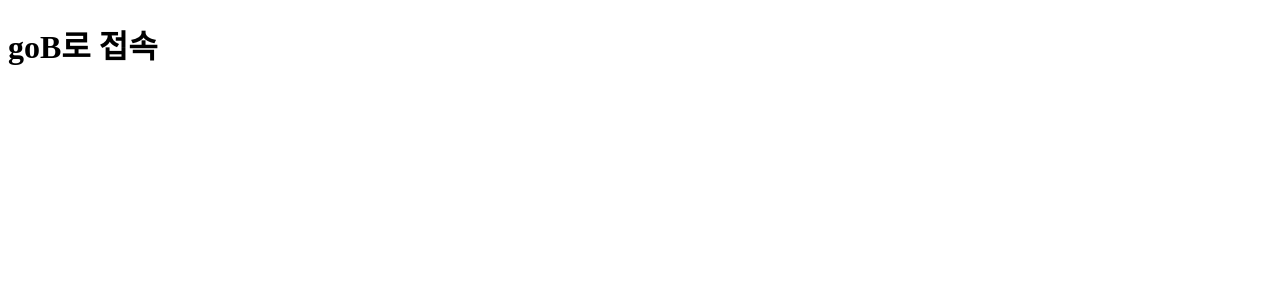
Repository: jjjjjjji-hun/springbasic
Page: http://localhost/SpringBasic/goB
An editor plug-in stored every save of this project. The page is shown before and after the next save, followed by the edit.
The browser window is 1280 px wide. The pictures show the whole page.
The page is served by Tomcat 9. Other server files are loaded and not shown.

Above is the page before, as saved 2022-03-29 03:35:03.

### SpringBasic/src/main/webapp/WEB-INF/views/b.jsp
<%@ page language="java" contentType="text/html; charset=UTF-8"
    pageEncoding="UTF-8"%>
<!DOCTYPE html>
<html>
<head>
<meta charset="UTF-8">
<title>Insert title here</title>
</head>
<body>
<h1>goB로 접속</h1>
</body>
</html>

After the next save:
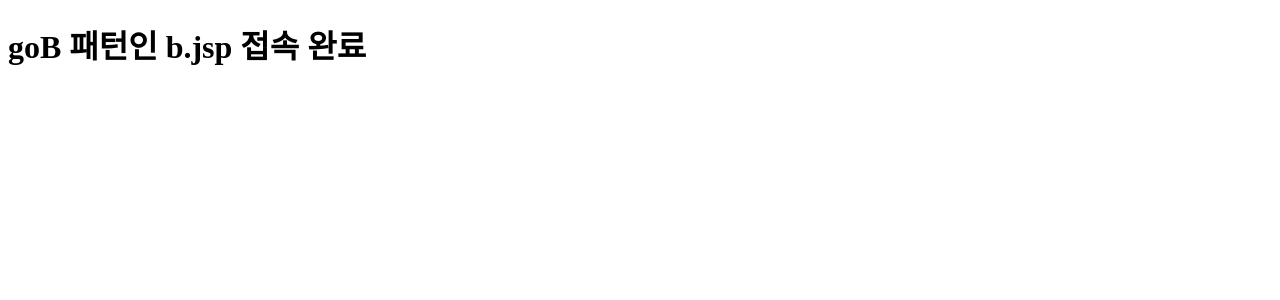
Saved 96 min 49 s later.
--- a/SpringBasic/src/main/webapp/WEB-INF/views/b.jsp
+++ b/SpringBasic/src/main/webapp/WEB-INF/views/b.jsp
@@ -7,6 +7,6 @@
 <title>Insert title here</title>
 </head>
 <body>
-<h1>goB로 접속</h1>
+<h1>goB 패턴인 b.jsp 접속 완료</h1>
 </body>
 </html>
